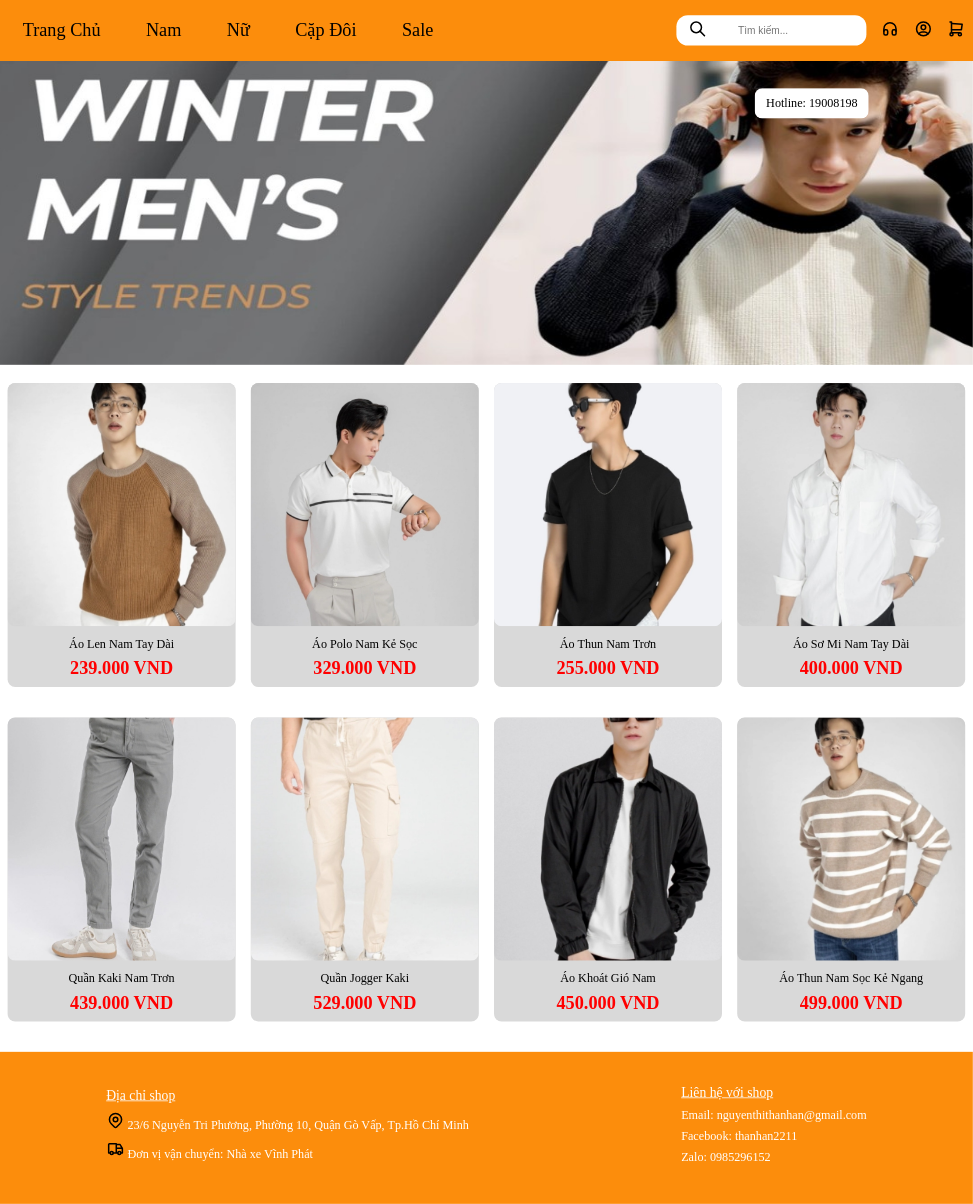
Repository: manhhieu120499/Project_ShopQuanAo
Page: html/nam.html
The author's editor kept a copy of each file at every save. The page is drawn from the files as they stood at one save, then again after the next save.
The browser window is 1280 px wide. The pictures show the whole page, at 76% of full size.
The pointer rests on the first visible `.headphone`.

Above is the page before, as saved 2023-03-05 23:46:12.

### html/nam.html
<!DOCTYPE html>
<html lang="en">
<head>
    <meta charset="UTF-8">
    <meta http-equiv="X-UA-Compatible" content="IE=edge">
    <meta name="viewport" content="width=device-width, initial-scale=1.0">
    <title>Document</title>
    <link rel="stylesheet" href="/css/style_nam.css">
</head>
<body>
    <div class="wrap">
        <div class="header">
            <div class="header_nav">
                <a href="#">Trang Chủ</a>
                <a href="#">Nam</a>
                <a href="#">Nữ</a>
                <a href="#">Cặp Đôi</a>
                <a href="#">Sale</a>
            </div>
            <div class="right_header">
                <a href="#" class="search">
                    <svg xmlns="http://www.w3.org/2000/svg" class="icon icon-tabler icon-tabler-search" width="24" height="24" viewBox="0 0 24 24" stroke-width="2" stroke="currentColor" fill="none" stroke-linecap="round" stroke-linejoin="round">
                        <path stroke="none" d="M0 0h24v24H0z" fill="none"></path>
                        <path d="M10 10m-7 0a7 7 0 1 0 14 0a7 7 0 1 0 -14 0"></path>
                        <path d="M21 21l-6 -6"></path>
                     </svg>
                </a>
                <input type="text" placeholder="                  Tìm kiếm...">
                <a href="#" class="headphone">
                    <svg xmlns="http://www.w3.org/2000/svg" class="icon icon-tabler icon-tabler-headphones " width="24" height="24" viewBox="0 0 24 24" stroke-width="2" stroke="currentColor" fill="none" stroke-linecap="round" stroke-linejoin="round">
                        <path stroke="none" d="M0 0h24v24H0z" fill="none"></path>
                        <path d="M4 13m0 2a2 2 0 0 1 2 -2h1a2 2 0 0 1 2 2v3a2 2 0 0 1 -2 2h-1a2 2 0 0 1 -2 -2z"></path>
                        <path d="M15 13m0 2a2 2 0 0 1 2 -2h1a2 2 0 0 1 2 2v3a2 2 0 0 1 -2 2h-1a2 2 0 0 1 -2 -2z"></path>
                        <path d="M4 15v-3a8 8 0 0 1 16 0v3"></path>
                     </svg>
                     <p class="phone_number">Hotline: 19008198</p>
                </a>
                <a href="#">
                    <svg xmlns="http://www.w3.org/2000/svg" class="icon icon-tabler icon-tabler-user-circle " width="24" height="24" viewBox="0 0 24 24" stroke-width="2" stroke="currentColor" fill="none" stroke-linecap="round" stroke-linejoin="round">
                        <path stroke="none" d="M0 0h24v24H0z" fill="none"></path>
                        <path d="M12 12m-9 0a9 9 0 1 0 18 0a9 9 0 1 0 -18 0"></path>
                        <path d="M12 10m-3 0a3 3 0 1 0 6 0a3 3 0 1 0 -6 0"></path>
                        <path d="M6.168 18.849a4 4 0 0 1 3.832 -2.849h4a4 4 0 0 1 3.834 2.855"></path>
                     </svg>
                </a>
                <a href="#">
                    <svg xmlns="http://www.w3.org/2000/svg" class="icon icon-tabler icon-tabler-shopping-cart" width="24" height="24" viewBox="0 0 24 24" stroke-width="2" stroke="currentColor" fill="none" stroke-linecap="round" stroke-linejoin="round">
                        <path stroke="none" d="M0 0h24v24H0z" fill="none"></path>
                        <path d="M6 19m-2 0a2 2 0 1 0 4 0a2 2 0 1 0 -4 0"></path>
                        <path d="M17 19m-2 0a2 2 0 1 0 4 0a2 2 0 1 0 -4 0"></path>
                        <path d="M17 17h-11v-14h-2"></path>
                        <path d="M6 5l14 1l-1 7h-13"></path>
                     </svg>
                </a>
            </div>
        </div>

        <!--Slide_bar-->
        <div class="slide_bar">
            <img src="/image/image_trangnam/16.jpg" alt="picture_panel">
        </div>

        <!--products-->
        <div class="products">
            <div class="product_one">
                 <div class="product_item">
                    <a href="#"><img src="/image/image_trangnam/22.jpg" alt=""></a>
                    <p>Áo Len Nam Tay Dài</p>
                    <p>239.000 VND</p>
                 </div>
                 <div class="product_item">
                    <a href="#"><img src="/image/image_trangnam/17.jpg" alt=""></a>
                    <p>Áo Polo Nam Kẻ Sọc</p>
                    <p>329.000 VND</p>
                 </div>
                 <div class="product_item">
                    <a href="#"><img src="/image/image_trangnam/23.jpg" alt=""></a>
                    <p>Áo Thun Nam Trơn</p>
                    <p>255.000 VND</p>
                 </div>
                 <div class="product_item">
                    <a href="#"><img src="/image/image_trangnam/19.jpg" alt=""></a>
                    <p>Áo Sơ Mi Nam Tay Dài</p>
                    <p>400.000 VND</p>
                 </div>
            </div>

            <div class="product_one product_two">
                <div class="product_item">
                   <a href="#"><img src="/image/image_trangnam/24.jpg" alt=""></a>
                   <p>Quần Kaki Nam Trơn</p>
                   <p>439.000 VND</p>
                </div>
                <div class="product_item">
                   <a href="#"><img src="/image/image_trangnam/25.jpg" alt=""></a>
                   <p>Quần Jogger Kaki</p>
                   <p>529.000 VND</p>
                </div>
                <div class="product_item">
                   <a href="#"><img src="/image/image_trangnam/26.jpg" alt=""></a>
                   <p>Áo Khoát Gió Nam</p>
                   <p>450.000 VND</p>
                </div>
                <div class="product_item">
                   <a href="#"><img src="/image/image_trangnam/27.jpg" alt=""></a>
                   <p>Áo Thun Nam Sọc Kẻ Ngang</p>
                   <p>499.000 VND</p>
                </div>
           </div>
        </div>

        <!--Footer-->
        <div class="footer">
            <div class="left_footer">
                  <p class="address">Địa chỉ shop</p>
                  <p>
                    <a class="icon">
                        <svg xmlns="http://www.w3.org/2000/svg" class="icon icon-tabler icon-tabler-map-pin" width="24" height="24" viewBox="0 0 24 24" stroke-width="2" stroke="currentColor" fill="none" stroke-linecap="round" stroke-linejoin="round">
                            <path stroke="none" d="M0 0h24v24H0z" fill="none"></path>
                            <path d="M12 11m-3 0a3 3 0 1 0 6 0a3 3 0 1 0 -6 0"></path>
                            <path d="M17.657 16.657l-4.243 4.243a2 2 0 0 1 -2.827 0l-4.244 -4.243a8 8 0 1 1 11.314 0z"></path>
                         </svg>
                    </a>
                     23/6 Nguyễn Tri Phương, Phường 10, Quận Gò Vấp, Tp.Hồ Chí Minh
                  </p>
                  <p>
                    <a>
                        <svg xmlns="http://www.w3.org/2000/svg" class="icon icon-tabler icon-tabler-truck" width="24" height="24" viewBox="0 0 24 24" stroke-width="2" stroke="currentColor" fill="none" stroke-linecap="round" stroke-linejoin="round">
                            <path stroke="none" d="M0 0h24v24H0z" fill="none"></path>
                            <path d="M7 17m-2 0a2 2 0 1 0 4 0a2 2 0 1 0 -4 0"></path>
                            <path d="M17 17m-2 0a2 2 0 1 0 4 0a2 2 0 1 0 -4 0"></path>
                            <path d="M5 17h-2v-11a1 1 0 0 1 1 -1h9v12m-4 0h6m4 0h2v-6h-8m0 -5h5l3 5"></path>
                         </svg>
                         Đơn vị vận chuyển: Nhà xe Vĩnh Phát
                    </a>
                  </p>
            </div>
            <div class="right_footer">
                 <p class="address">Liên hệ với shop</p>
                 <p>Email: nguyenthithanhan@gmail.com</p>
                 <p>Facebook: thanhan2211</p>
                 <p>Zalo: 0985296152</p>
            </div>

        </div>
    </div>
</body>
</html>

### css/style_nam.css
* {
    margin: 0;
    box-sizing: border-box;
}

.header {
    background-color: #FC8D0C;
    width: 100%;
    height: 80px;
    display: flex;
    justify-content: space-between;
    align-items: center;
    position: fixed;
    top: 0;
    left: 0;
}

.header .header_nav {
    display: flex;
    justify-content: space-around;
    width: 600px;
}

.header_nav > a {
    color: black;
    text-decoration: none;
    font-size: 24px;
}

.header_nav > a:hover {
    color: white;
}

.header .right_header {
    display: flex;
    justify-content: space-around;
    width: 400px;
    align-items: center;
}

.right_header > input {
    width: 250px;
    height: 40px;
    padding: 0 15px;
    border-radius: 15px;
    border: none;
    position: relative;
}

.right_header > a {
    color: black;
}

.right_header .search {
    position: absolute;
    z-index: 1;
    right: 350px;
}

.slide_bar {
    margin-top: 80px;
}

.slide_bar > img {
    width: 100%;
    height: 400px;
    object-fit: fill;
}


/*products*/
.products {
    margin-top: 20px;
}
.product_one {
    display: flex;
    justify-content: space-around;
}

.product_one .product_item {
    width: 300px;
    height: 400px;
    background-color: #D9D9D9;
    border-radius: 10px;
}

.product_item > a > img {
    width: 100%;
    height: 320px;
    border-radius: 10px;
    object-fit: cover;
}

.product_item > p {
    font-size: 16px;
    text-align: center;
    margin-top: 10px;
}

.product_item > p:nth-child(3) {
    color: red;
    font-size: 24px;
    font-weight: bold;
}

.product_two {
    margin-top: 40px;
}

/*footer*/

.footer {
    margin-top: 40px;
    width: 100%;
    height: 200px;
    background-color: #FC8D0C;
    display: flex;
    justify-content: space-around;
    align-items: center;
    color: white;
}

.footer .left_footer {
    display: flex;
    flex-direction: column;
}

.left_footer p {
    margin-bottom: 10px;
}

.left_footer .address {
    text-decoration: underline;
    font-size: 18px;
}

.footer .right_footer {
    display: flex;
    flex-direction: column;
}

.right_footer p {
    margin-bottom: 10px;
}

.right_footer .address {
    text-decoration: underline;
    font-size: 18px;
}

.footer svg {
    color: black;
}


.headphone {
    position: relative;
}

.headphone:hover >


.phone_number {
    position: absolute;
    top: 90px;
    right: 40px;
    background-color: white;
    width: 150px;
    height: 40px;
    text-align: center;
    line-height: 40px;
    border-radius: 10px;
}

After the next save:
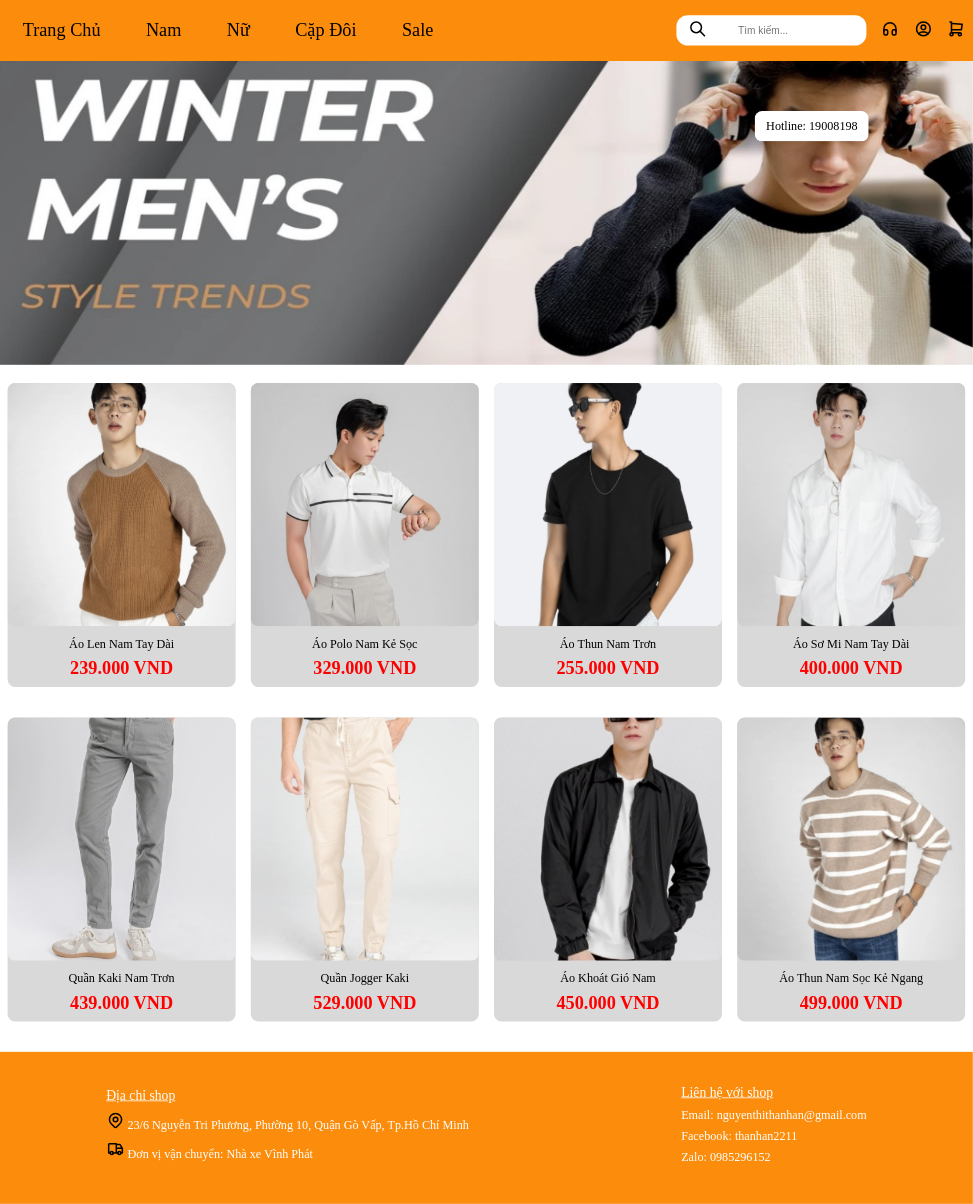
Saved 36 s later.
--- a/css/style_nam.css
+++ b/css/style_nam.css
@@ -162,7 +162,7 @@
 
 .phone_number {
     position: absolute;
-    top: 90px;
+    top: 120px;
     right: 40px;
     background-color: white;
     width: 150px;
